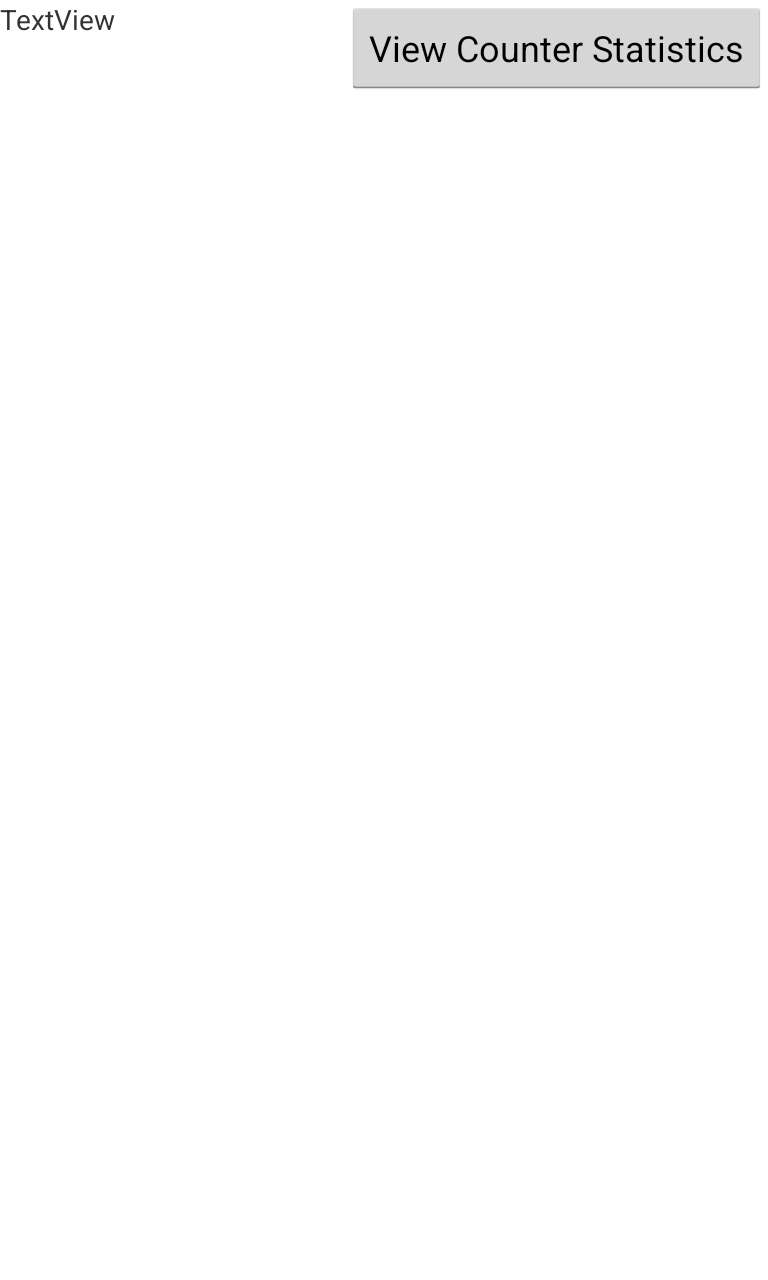
Repository: arweber1/CMPUT301_Assignment1
Layout: Assignment1/res/layout/manage_counters.xml
The author's editor kept a copy of each file at every save. The layout is drawn from the files as they stood at one save, then again after the next save.
It is drawn on a 768 x 1280 px phone screen (xhdpi) without system bars, with theme AppTheme; the app's code is not run. Lists and similar views that code fills are empty.

Above is the layout before, as saved 2014-01-26 07:14:33.

### Assignment1/res/layout/manage_counters.xml
<?xml version="1.0" encoding="utf-8"?>
<RelativeLayout xmlns:android="http://schemas.android.com/apk/res/android"
    android:layout_width="match_parent"
    android:layout_height="match_parent" >

    <ListView
        android:id="@+id/manage_list"
        android:layout_width="match_parent"
        android:layout_height="wrap_content"
        android:layout_alignParentLeft="true"
        android:layout_below="@+id/stats_button" >

    </ListView>

    <TextView
        android:id="@+id/textView1"
        android:layout_width="wrap_content"
        android:layout_height="wrap_content"
        android:layout_alignParentLeft="true"
        android:layout_alignParentTop="true"
        android:text="TextView" />

    <Button
        android:id="@+id/stats_button"
        android:layout_width="wrap_content"
        android:layout_height="wrap_content"
        android:layout_alignParentRight="true"
        android:layout_alignParentTop="true"
        android:text="@string/view_stats" />

</RelativeLayout>

### Assignment1/res/values/strings.xml
<?xml version="1.0" encoding="utf-8"?>
<resources>

    <string name="app_name">arweber-notes</string>
    <string name="action_settings">Settings</string>
    <string name="hello_world">Hello world!</string>
	<string name="add_counter">+ Add new counter</string>
	<string name="manage_counters">Manage counters</string>
	<string name="enter_counter_name">Enter a name for this counter</string>
	<string name="create_new_counter">Create</string>
	<string name="cancel_button">Cancel</string>
	<string name="edit_name">Edit Name</string>
	<string name="reset_count">Reset count</string>
	<string name="save_button">Save Changes</string>
	<string name="delete_button">Delete This Counter</string>
	<string name="view_stats">View Counter Statistics</string>
	<color name="test">#99FFFF</color>
</resources>

Loaded but not shown: Assignment1/res/values/styles.xml (common file); Assignment1/res/values-v11/styles.xml (common file); Assignment1/res/values-v14/styles.xml (common file)

After the next save:
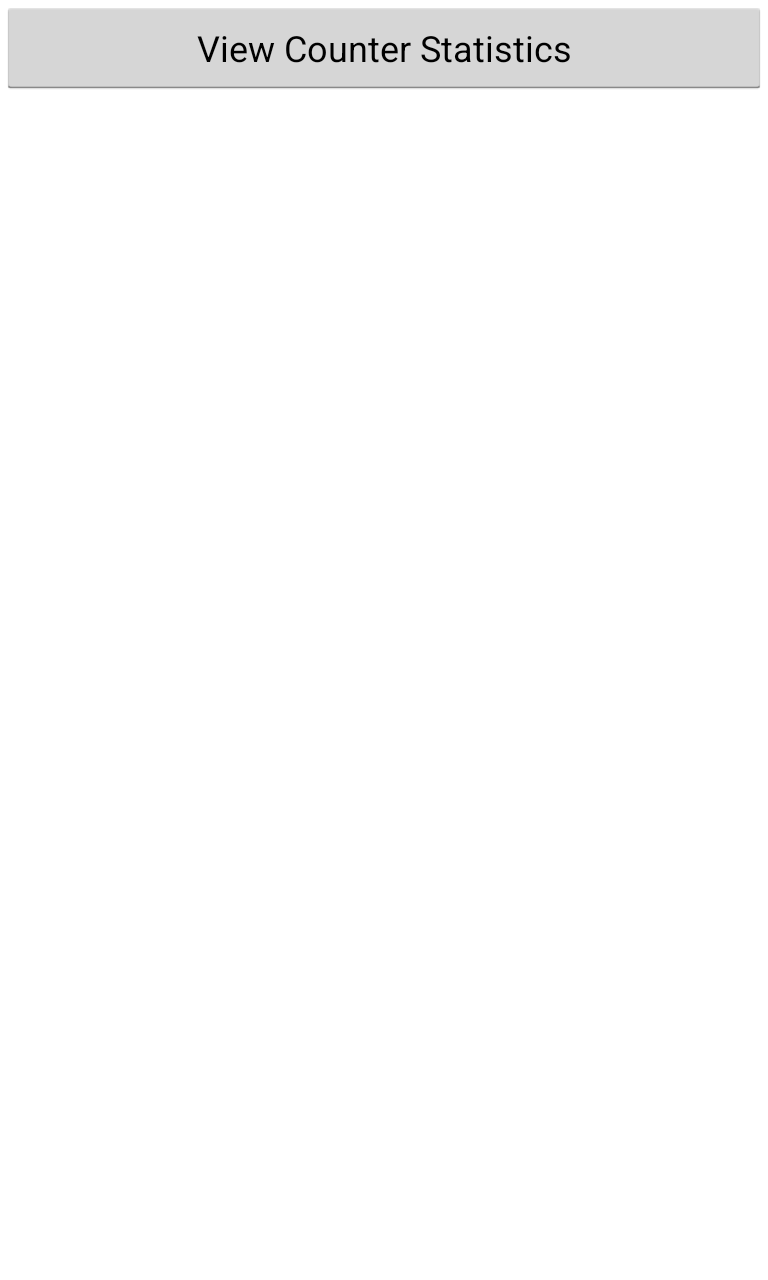
Saved 53 s later.
--- a/Assignment1/res/layout/manage_counters.xml
+++ b/Assignment1/res/layout/manage_counters.xml
@@ -12,18 +12,11 @@
 
     </ListView>
 
-    <TextView
-        android:id="@+id/textView1"
-        android:layout_width="wrap_content"
-        android:layout_height="wrap_content"
-        android:layout_alignParentLeft="true"
-        android:layout_alignParentTop="true"
-        android:text="TextView" />
-
     <Button
         android:id="@+id/stats_button"
         android:layout_width="wrap_content"
         android:layout_height="wrap_content"
+        android:layout_alignParentLeft="true"
         android:layout_alignParentRight="true"
         android:layout_alignParentTop="true"
         android:text="@string/view_stats" />

After the save that followed:
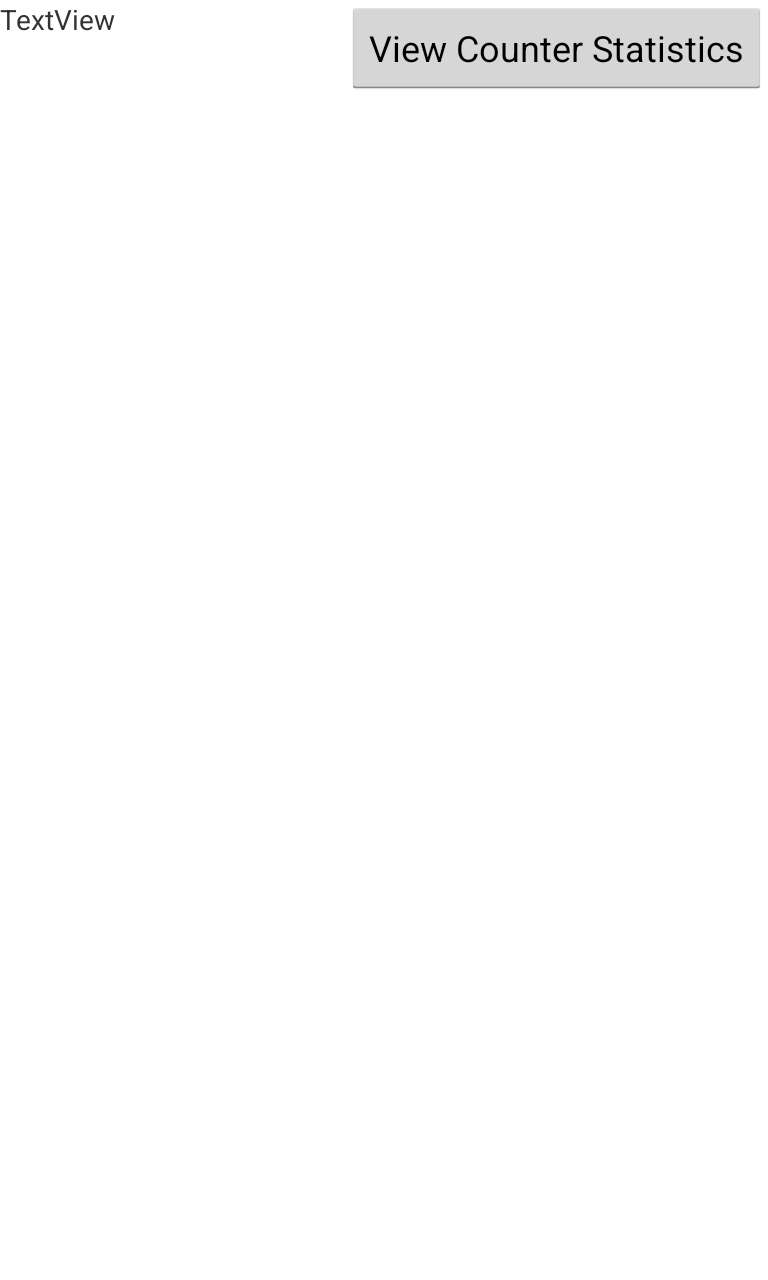
Saved 34 s later.
--- a/Assignment1/res/layout/manage_counters.xml
+++ b/Assignment1/res/layout/manage_counters.xml
@@ -12,11 +12,18 @@
 
     </ListView>
 
+    <TextView
+        android:id="@+id/textView1"
+        android:layout_width="wrap_content"
+        android:layout_height="wrap_content"
+        android:layout_alignParentLeft="true"
+        android:layout_alignParentTop="true"
+        android:text="TextView" />
+
     <Button
         android:id="@+id/stats_button"
         android:layout_width="wrap_content"
         android:layout_height="wrap_content"
-        android:layout_alignParentLeft="true"
         android:layout_alignParentRight="true"
         android:layout_alignParentTop="true"
         android:text="@string/view_stats" />
